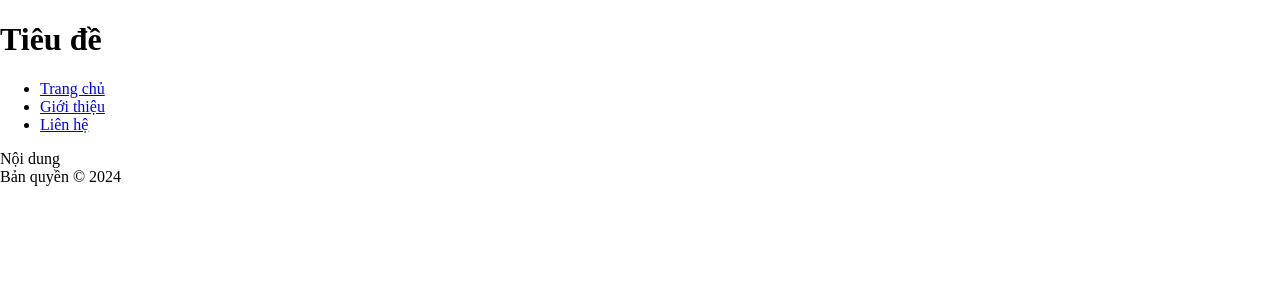
Repository: G1tHub-zer0/BTTH
Page: BTCSS/bai21.html
These files come from the project's save history. The page is drawn as it stood at one moment and after the next save; the edit follows.
The browser window is 1280 px wide. The pictures show the whole page.

Above is the page before, as saved 2024-03-22 20:08:46.

After the next save:
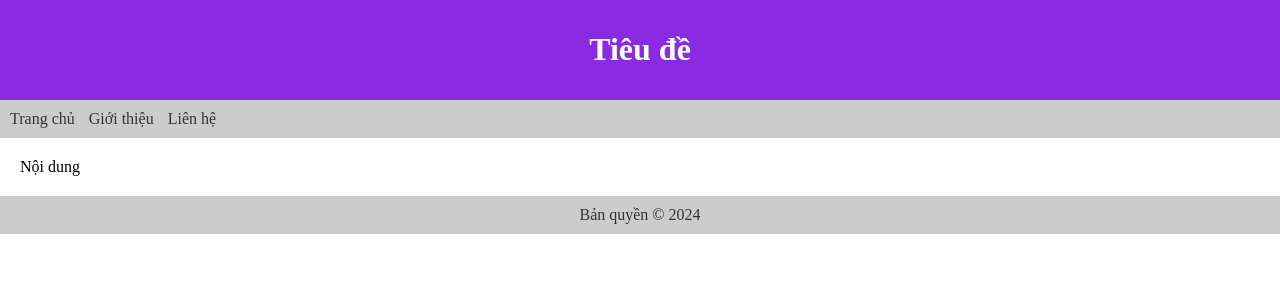
Saved 35 s later.
--- a/BTCSS/bai21.css
+++ b/BTCSS/bai21.css
@@ -21,3 +21,38 @@ footer {
 } */
 
 /* Layout 2 */
+header {
+  background-color: blueviolet;
+  color: #fff;
+  padding: 10px;
+  text-align: center;
+}
+nav {
+  background-color: #ccc;
+  padding: 10px;
+}
+
+nav ul {
+  list-style: none;
+  padding: 0;
+  margin: 0;
+}
+
+nav ul li {
+  display: inline-block;
+  margin-right: 10px;
+}
+
+nav ul li a {
+  text-decoration: none;
+  color: #333;
+}
+section {
+  padding: 20px;
+}
+footer {
+  background-color: #ccc;
+  color: #333;
+  padding: 10px;
+  text-align: center;
+}
